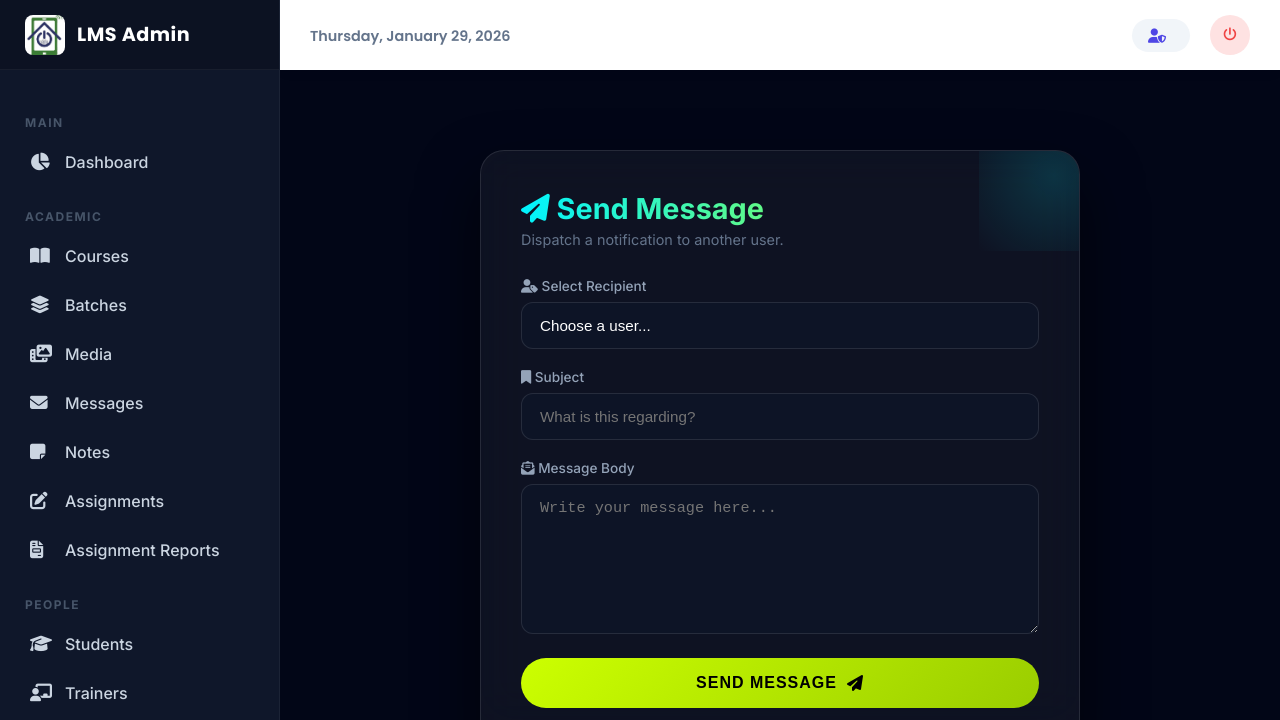
Repository: Mahendher979Python/lms-project
Page: lmsbuild/templates/message/admin/send.html
An editor plug-in stored every save of this project. The page is shown before and after the next save, followed by the edit.
The browser window is 1280 px wide. The pictures show the whole page.
An inner scrolling area shows only its first screen. The template is drawn by Django 5.2. The application's start-up code is not run. The template is opened directly, without the code that normally fills it, so the values that code supplies are empty.

Above is the page before, as saved 2026-01-29 19:00:15.

After the next save:
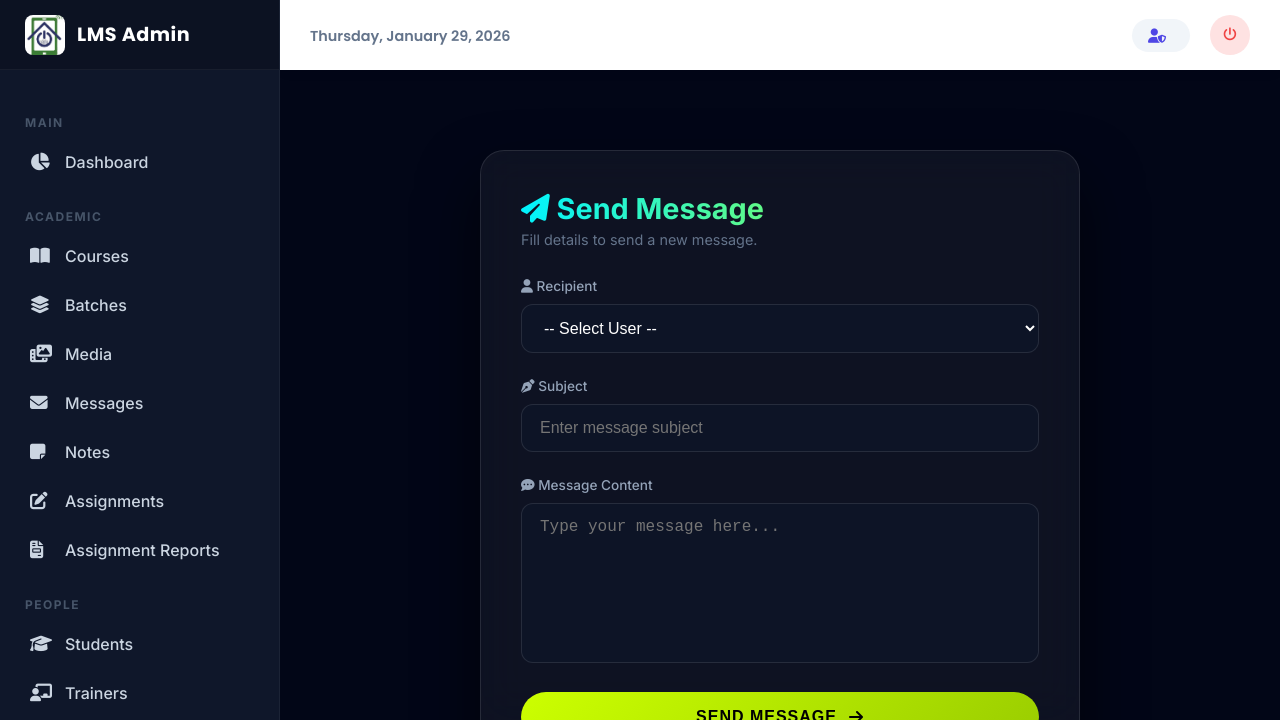
Saved 6 min 27 s later.
--- a/lmsbuild/templates/message/admin/send.html
+++ b/lmsbuild/templates/message/admin/send.html
@@ -28,17 +28,6 @@ body { font-family: 'Inter', sans-serif; background: var(--bg-dark); color: #e5e
     backdrop-filter: blur(20px);
     box-shadow: 0 30px 60px rgba(0,0,0,0.6);
     position: relative;
-    overflow: hidden;
-}
-
-/* Subtle glow effect in the corner */
-.msg-card::after {
-    content: '';
-    position: absolute;
-    top: -50px; right: -50px;
-    width: 150px; height: 150px;
-    background: radial-gradient(circle, rgba(0, 243, 255, 0.15), transparent);
-    z-index: 0;
 }
 
 .header-area { margin-bottom: 30px; }
@@ -50,18 +39,18 @@ body { font-family: 'Inter', sans-serif; background: var(--bg-dark); color: #e5e
     margin: 0;
 }
 
-/* Form Styling */
-.form-group { margin-bottom: 20px; position: relative; z-index: 1; }
+/* Form Groups */
+.form-group { margin-bottom: 25px; }
 
 label {
     display: block;
     font-size: 0.85rem;
     color: #94a3b8;
-    margin-bottom: 8px;
+    margin-bottom: 10px;
     font-weight: 500;
 }
 
-/* Input Fields */
+/* Input Styles */
 select, input[type="text"], textarea {
     width: 100%;
     background: rgba(15, 23, 42, 0.7);
@@ -69,12 +58,14 @@ select, input[type="text"], textarea {
     border-radius: 12px;
     padding: 14px 18px;
     color: #fff;
-    font-size: 0.95rem;
+    font-size: 1rem;
     transition: all 0.3s ease;
     box-sizing: border-box;
 }
 
-select { cursor: pointer; appearance: none; }
+/* Select arrow customization */
+select { cursor: pointer; }
+select option { background: #0f172a; color: #fff; }
 
 select:focus, input[type="text"]:focus, textarea:focus {
     outline: none;
@@ -82,7 +73,7 @@ select:focus, input[type="text"]:focus, textarea:focus {
     box-shadow: 0 0 15px rgba(0, 243, 255, 0.2);
 }
 
-textarea { height: 150px; resize: vertical; }
+textarea { height: 160px; resize: none; }
 
 /* Button Styling */
 .btn-send {
@@ -92,7 +83,7 @@ textarea { height: 150px; resize: vertical; }
     border: none;
     padding: 16px;
     border-radius: 50px;
-    font-weight: 700;
+    font-weight: 800;
     font-size: 1rem;
     cursor: pointer;
     text-transform: uppercase;
@@ -100,20 +91,19 @@ textarea { height: 150px; resize: vertical; }
     display: flex;
     align-items: center;
     justify-content: center;
-    gap: 10px;
-    transition: 0.3s;
-    margin-top: 10px;
+    gap: 12px;
+    transition: 0.3s ease;
 }
 
 .btn-send:hover {
     transform: translateY(-3px);
-    box-shadow: 0 10px 25px rgba(204, 255, 0, 0.3);
+    box-shadow: 0 10px 25px rgba(204, 255, 0, 0.4);
 }
 
-.btn-send:active { transform: translateY(0); }
-
-/* Animation for Sending */
-.sending { pointer-events: none; opacity: 0.8; }
+.btn-send:disabled {
+    opacity: 0.6;
+    cursor: not-allowed;
+}
 
 </style>
 
@@ -121,16 +111,16 @@ textarea { height: 150px; resize: vertical; }
     <div class="msg-card">
         <div class="header-area">
             <h2><i class="fa-solid fa-paper-plane"></i> Send Message</h2>
-            <p style="color: #64748b; font-size: 0.9rem; margin-top: 5px;">Dispatch a notification to another user.</p>
+            <p style="color: #64748b; font-size: 0.9rem; margin-top: 5px;">Fill details to send a new message.</p>
         </div>
 
         <form method="post" id="msgForm">
             {% csrf_token %}
 
             <div class="form-group">
-                <label><i class="fa-solid fa-user-tag"></i> Select Recipient</label>
+                <label><i class="fa-solid fa-user"></i> Recipient</label>
                 <select name="receiver" required>
-                    <option value="" disabled selected>Choose a user...</option>
+                    <option value="" selected disabled>-- Select User --</option>
                     {% for u in users %}
                     <option value="{{u.id}}">{{u.username}}</option>
                     {% endfor %}
@@ -138,18 +128,18 @@ textarea { height: 150px; resize: vertical; }
             </div>
 
             <div class="form-group">
-                <label><i class="fa-solid fa-bookmark"></i> Subject</label>
-                <input type="text" name="subject" placeholder="What is this regarding?" required>
+                <label><i class="fa-solid fa-pen-nib"></i> Subject</label>
+                <input type="text" name="subject" placeholder="Enter message subject" required>
             </div>
 
             <div class="form-group">
-                <label><i class="fa-solid fa-envelope-open-text"></i> Message Body</label>
-                <textarea name="body" placeholder="Write your message here..." required></textarea>
+                <label><i class="fa-solid fa-comment-dots"></i> Message Content</label>
+                <textarea name="body" placeholder="Type your message here..." required></textarea>
             </div>
 
             <button type="submit" class="btn-send" id="sendBtn">
                 <span>SEND MESSAGE</span>
-                <i class="fa-solid fa-paper-plane"></i>
+                <i class="fa-solid fa-arrow-right"></i>
             </button>
         </form>
     </div>
@@ -160,8 +150,8 @@ textarea { height: 150px; resize: vertical; }
     const btn = document.getElementById('sendBtn');
 
     form.onsubmit = function() {
-        btn.classList.add('sending');
-        btn.innerHTML = `<span>DISPATCHING...</span> <i class="fa-solid fa-circle-notch fa-spin"></i>`;
+        btn.disabled = true;
+        btn.innerHTML = `<span>SENDING...</span> <i class="fa-solid fa-spinner fa-spin"></i>`;
     };
 </script>
 
